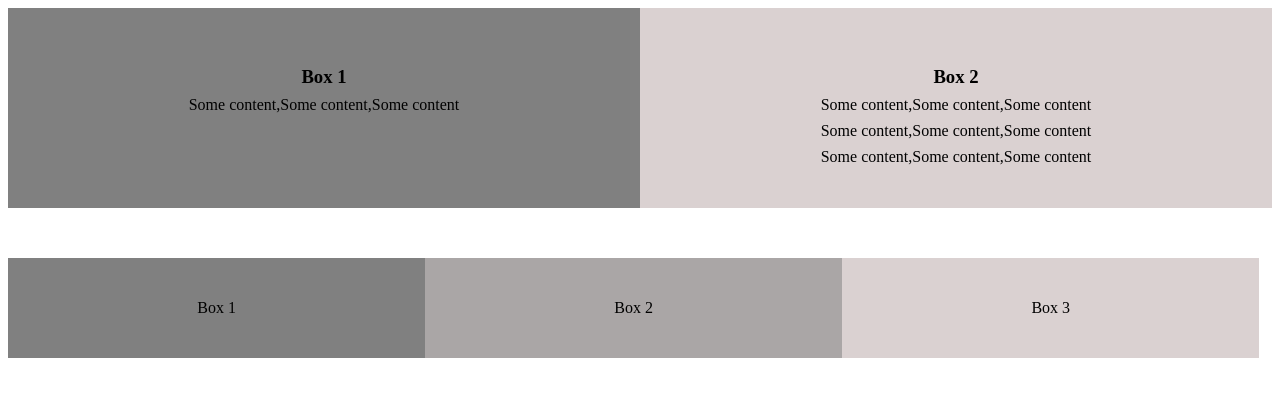
Repository: LongNguyen2504/T3H-FrondEnd
Page: Lesson4_CSS_Lecture.html
An editor plug-in stored every save of this project. The page is shown before and after the next save, followed by the edit.
The browser window is 1280 px wide. The pictures show the whole page.

Above is the page before, as saved 2021-12-03 20:56:47.

After the next save:
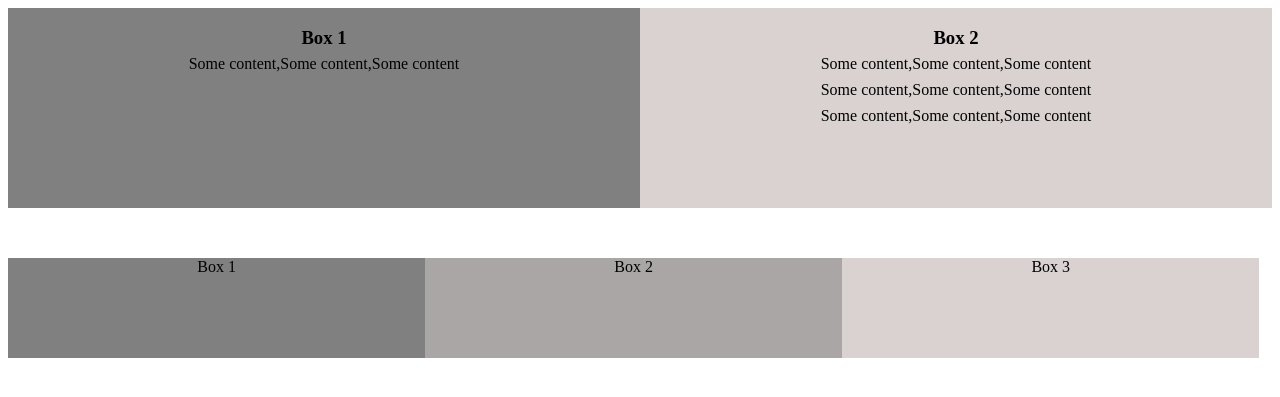
Saved 85 s later.
--- a/Lesson4_CSS_Lecture.html
+++ b/Lesson4_CSS_Lecture.html
@@ -32,7 +32,7 @@
             height: 200px;
             text-align: center;
             /* padding-top: 50px; */
-            line-height: 100px;
+            /* line-height: 100px; */
             overflow: auto;
 
         }
@@ -43,7 +43,7 @@
             height: 100px;
             text-align: center;
             /* padding-top: 50px; */
-            line-height: 100px;
+            /* line-height: 100px; */
         }
         h3{
             height: 10px;
